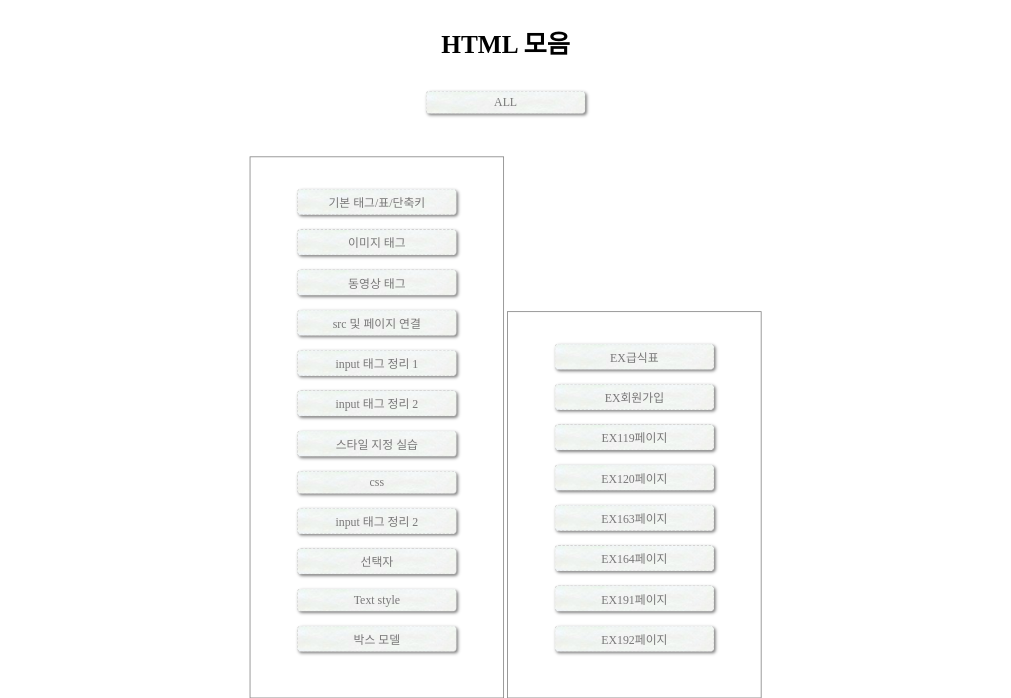
Repository: itkezi/HTML_2022_505
Page: Web/WebContent/HTML/ALL.html
The author's editor kept a copy of each file at every save. The page is drawn from the files as they stood at one save, then again after the next save.
The browser window is 1280 px wide. The pictures show the whole page, at 79% of full size.
Some web fonts or font styles are not loaded; a fallback is used.

Above is the page before, as saved 2022-03-25 07:43:09.

### Web/WebContent/HTML/ALL.html
<!DOCTYPE html>
<html>
<head>
<meta charset="UTF-8">
<title>ALL HTML</title>
<style>
@import url('https://fonts.googleapis.com/css2?family=Nanum+Myeongjo:wght@700&display=swap');
	#memo, #example {
		margin: auto;
		padding: 40px 20px;
		width: 280px;
		border:1px solid gray;
		display:inline-block;
	}

body {
	margin: auto;
	text-align: center;
	font-family: 'Nanum Myeongjo', serif;
	}
h1 {
	margin-top:30px;
	}
a {
	background-image: url('../images/paper.jpg');
	color: #787878;
	margin: auto;
	display:block;
	width:170px;
	background-color: white;
	font-size: 15px;
	text-decoration: none;
	padding: 5px 15px;
	border: dashed 1.5px lightgray;
	border-radius: 5px;
	box-shadow: 2px 2px 4px gray;
	}
</style>
</head>
<body>
<h1>HTML 모음</h1><br>
<a href="http://localhost:8080/Web/HTML/ALL.html" target='_blank'> ALL</a>
<br>
<br><br>
<div id='memo'>
	<a href="http://localhost:8080/Web/index.html" target='_blank'> 기본 태그/표/단축키</a>
	<br>
	<a href="http://localhost:8080/Web/HTML/0318_images.html" target='_blank'> 이미지 태그</a>
	<br>
	<a href="http://localhost:8080/Web/HTML/0318_video.html" target='_blank'> 동영상 태그</a>
	<br>
	<a href="http://localhost:8080/Web/HTML/0318_EX.html" target='_blank'> src 및 페이지 연결</a>
	<br>
	<a href="http://localhost:8080/Web/HTML/0321_form.html" target='_blank'> input 태그 정리 1</a>
	<br>
	<a href="http://localhost:8080/Web/HTML/0322_form.html" target='_blank'> input 태그 정리 2</a>
	<br>
	<a href="http://localhost:8080/Web/style/index.html" target='_blank'> 스타일 지정 실습</a>
	<br>
	<a href="http://localhost:8080/Web/css/common.css" target='_blank'> css</a>
	<br>
	<a href="http://localhost:8080/Web/HTML/0322_form.html" target='_blank'> input 태그 정리 2</a>
	<br>
	<a href="http://localhost:8080/Web/style/selector.html" target='_blank'> 선택자</a>
	<br>
	<a href="http://localhost:8080/Web/style/text.html" target='_blank'> Text style</a>
	<br>
	<a href="http://localhost:8080/Web/style/box.html" target='_blank'> 박스 모델</a>
	<br>
</div>

<div id='example'>
	<a href="http://localhost:8080/Web/HTML/0317_food.html" target='_blank'> EX급식표</a>
	<br>
	<a href="http://localhost:8080/Web/HTML/0321_EX.html" target='_blank'> EX회원가입</a>
	<br>
	<a href="http://localhost:8080/Web/HTML/0324_EX.html" target='_blank'> EX119페이지</a>
	<br>
	<a href="http://localhost:8080/Web/HTML/0324_EX2.html" target='_blank'> EX120페이지</a>
	<br>
	<a href="http://localhost:8080/Web/HTML/0325_EX.html" target='_blank'> EX163페이지</a>
	<br>
	<a href="http://localhost:8080/Web/HTML/0325_EX2.html" target='_blank'> EX164페이지</a>
	<br>
	<a href="http://localhost:8080/Web/HTML/0325_EX3.html" target='_blank'> EX191페이지</a>
	<br>
	<a href="http://localhost:8080/Web/HTML/0325_EX4.html" target='_blank'> EX192페이지</a>
	<br>
</div>
</body>
</html>

After the next save:
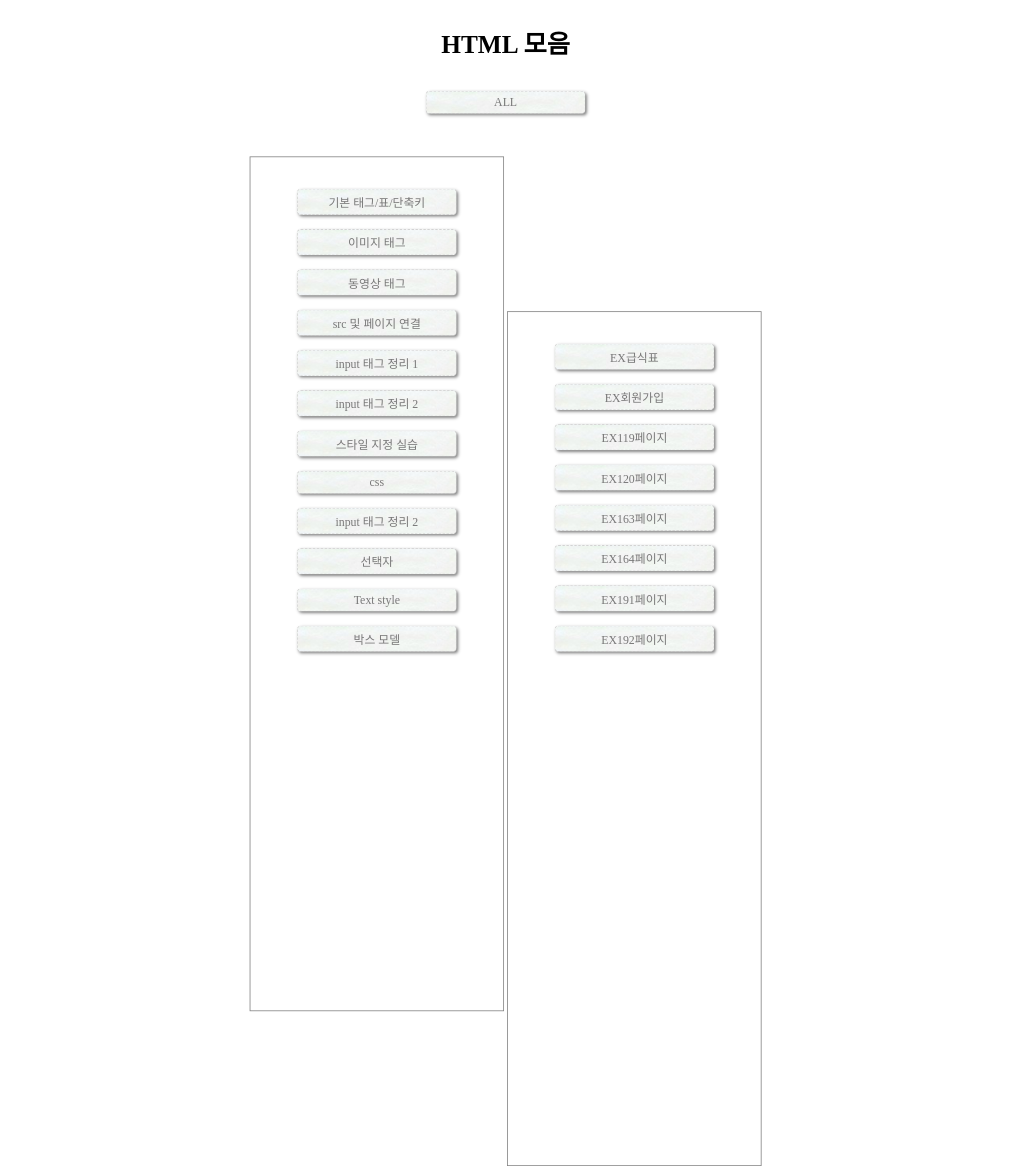
Saved 26 s later.
--- a/Web/WebContent/HTML/ALL.html
+++ b/Web/WebContent/HTML/ALL.html
@@ -6,9 +6,10 @@
 <style>
 @import url('https://fonts.googleapis.com/css2?family=Nanum+Myeongjo:wght@700&display=swap');
 	#memo, #example {
+		width: 280px;
+		height: 1000px;
 		margin: auto;
 		padding: 40px 20px;
-		width: 280px;
 		border:1px solid gray;
 		display:inline-block;
 	}

After the save that followed:
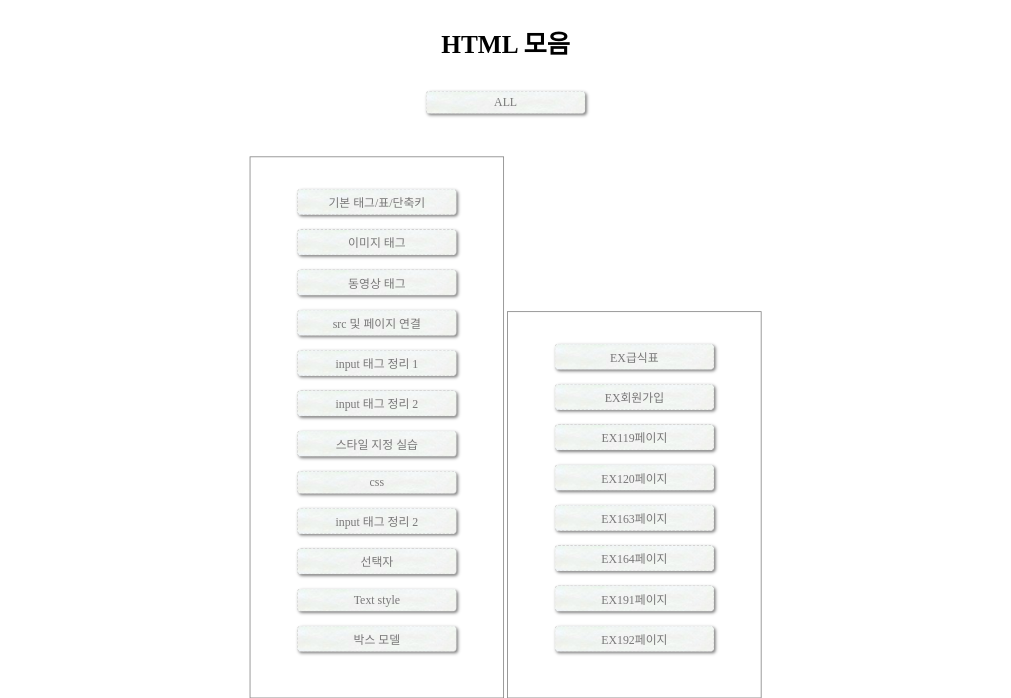
Saved 18 s later.
--- a/Web/WebContent/HTML/ALL.html
+++ b/Web/WebContent/HTML/ALL.html
@@ -7,7 +7,6 @@
 @import url('https://fonts.googleapis.com/css2?family=Nanum+Myeongjo:wght@700&display=swap');
 	#memo, #example {
 		width: 280px;
-		height: 1000px;
 		margin: auto;
 		padding: 40px 20px;
 		border:1px solid gray;
